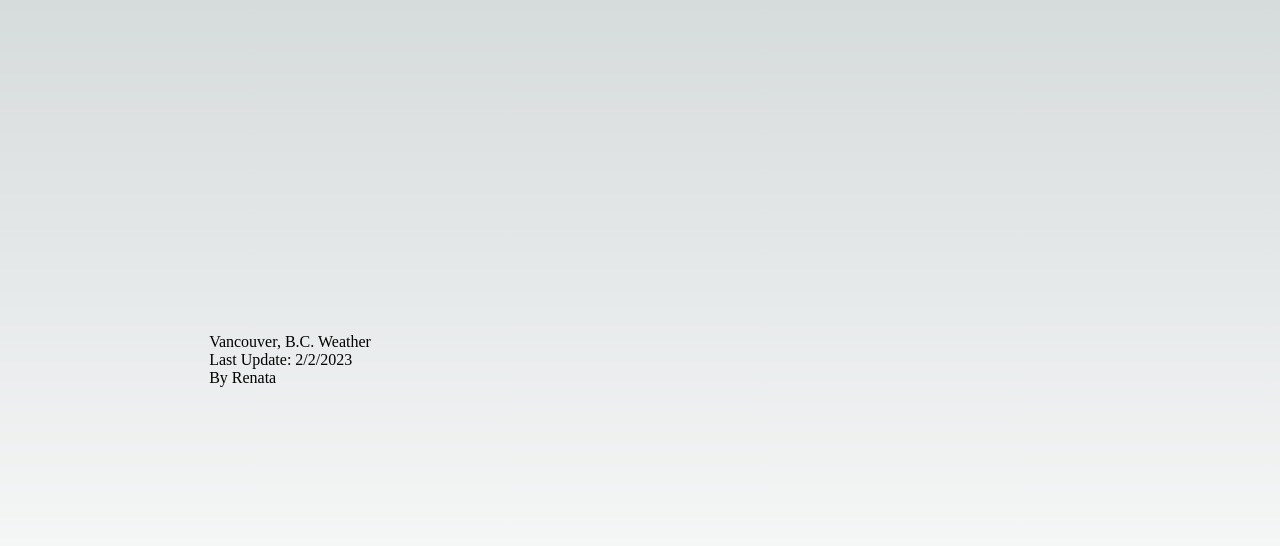
Repository: RenataDzotova/WeatherMate
Page: /
The author's editor kept a copy of each file at every save. The page is drawn from the files as they stood at one save, then again after the next save.
The browser window is 1280 px wide. The pictures show the whole page.
The project was rebuilt for these pictures with package versions that can differ from the ones it lists, and the page was loaded fresh each time. The framework's server and built-in components were replaced by stand-ins that run in the browser. Also part of the build but not shown: next.config.js.

Above is the page before, as saved 2023-02-23 21:03:05.

After the next save:
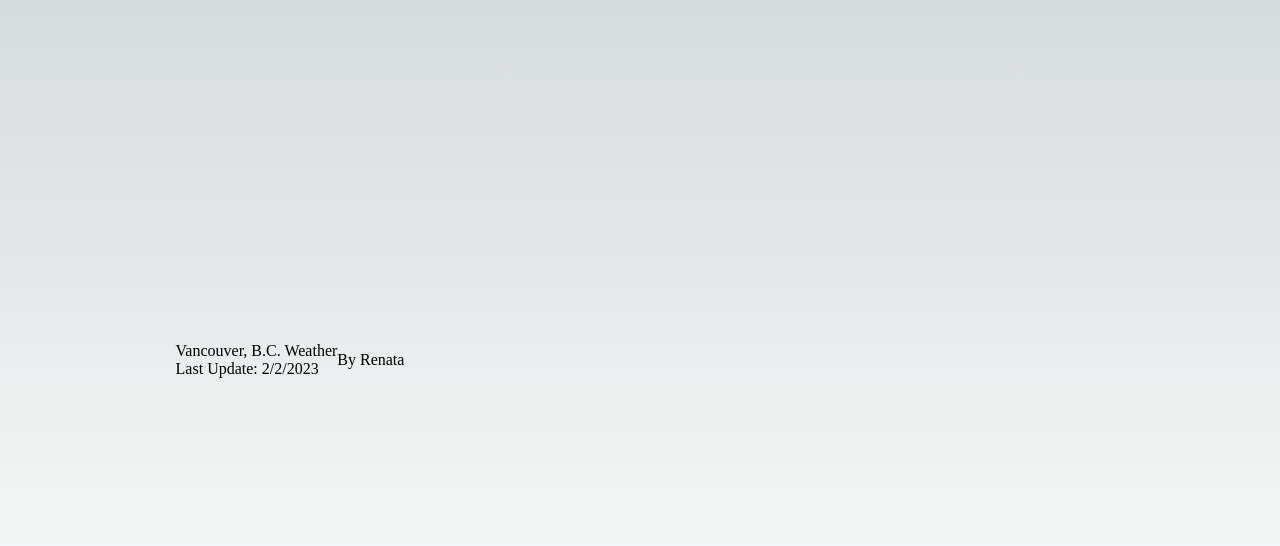
Saved 34 s later.
--- a/pages/index.js
+++ b/pages/index.js
@@ -128,7 +128,7 @@
         <link rel="icon" href="/logo.svg.ico" />
       </Head> */}
       <Wrapper >
-        <div >
+        <FlexBox>
           <p>
             Vancouver, B.C. Weather <br/>
             Last Update: {date}
@@ -143,9 +143,9 @@
               Renata
             </a>
           </div>
-        </div>
+        </FlexBox>
 
-          <div>
+          <FlexBox>
           <Image
           className={styles.logo}
           src="/logo.svg"
@@ -154,7 +154,7 @@
           height={400}
           priority
           />
-          </div>
+          </FlexBox>
 
         <FlexBox >
           {data}
